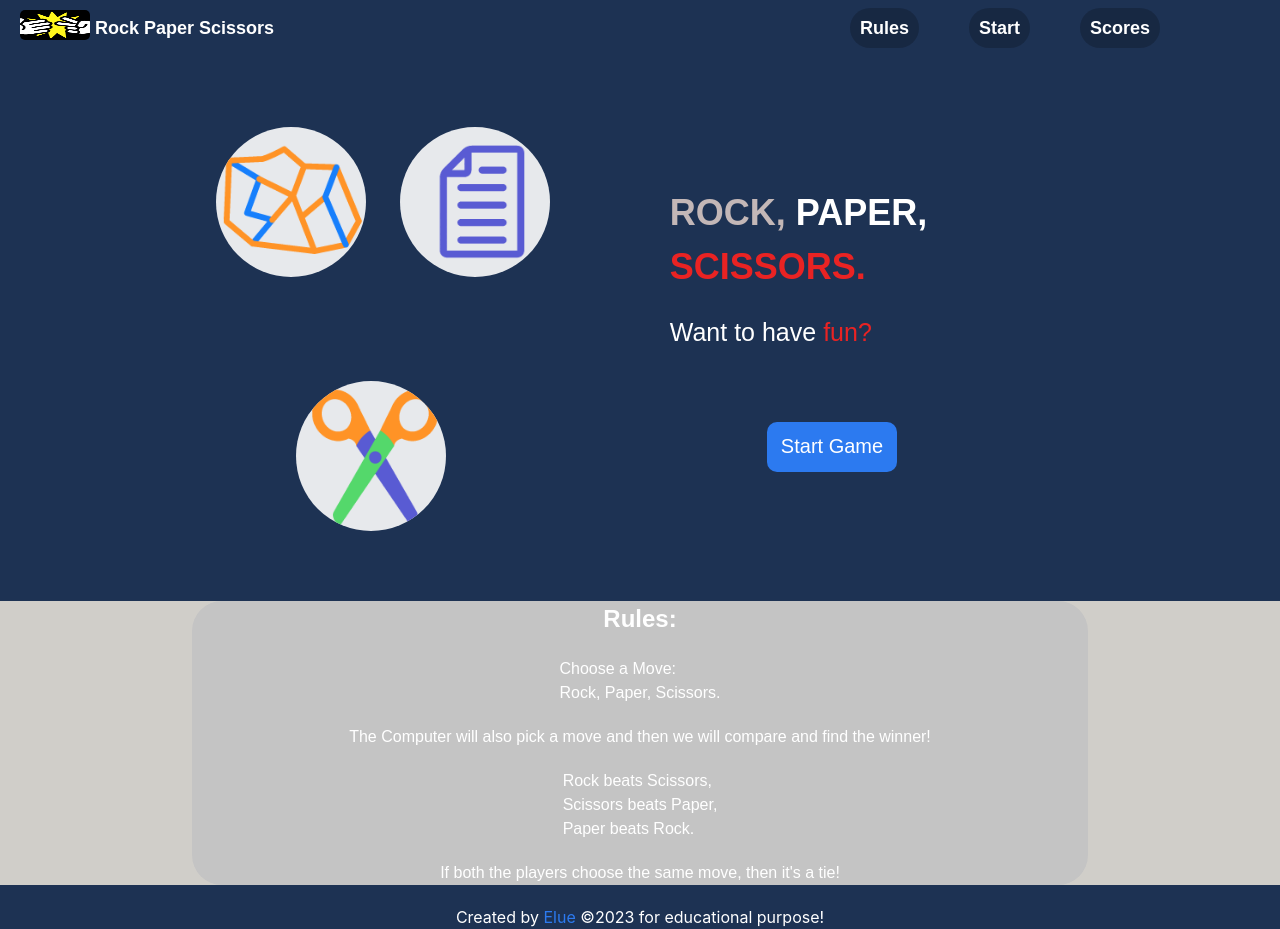
Repository: MikkyPrestige/rock-paper-scissors
Page: index.html
These files come from the project's save history. The page is drawn as it stood at one moment and after the next save; the edit follows.
The browser window is 1280 px wide. The pictures show the whole page.

Above is the page before, as saved 2023-05-08 05:38:27.

After the next save:
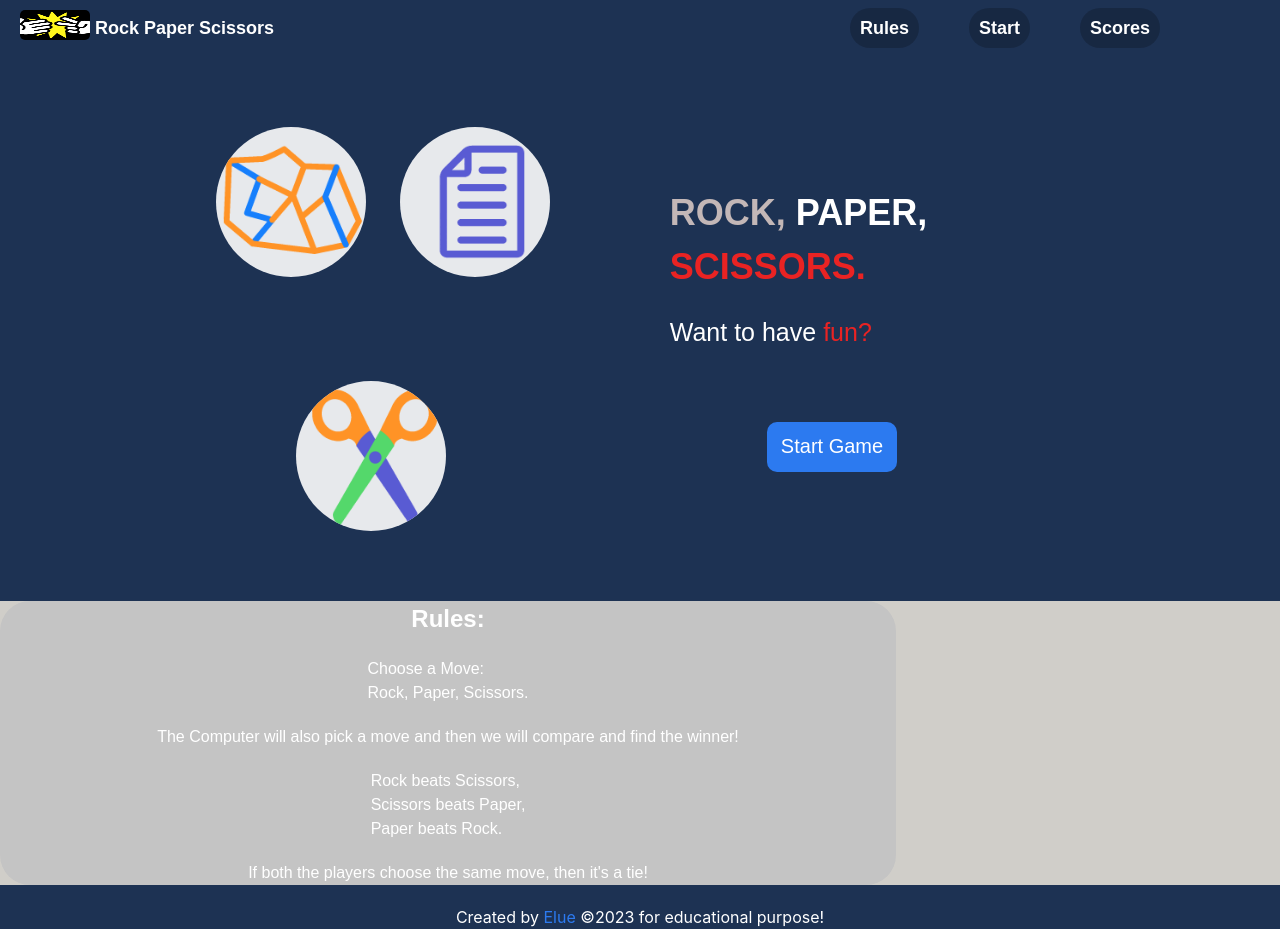
Saved 26 s later.
--- a/index.css
+++ b/index.css
@@ -193,11 +193,6 @@ li a:hover {
 }
 
 .rule {
-  display: flex;
-  flex-direction: column;
-  justify-content: center;
-  align-items: center;
-  gap: 2rem;
   width: 100%;
   height: 100%;
   background: #D0CEC9;

After the 2 saves that followed:
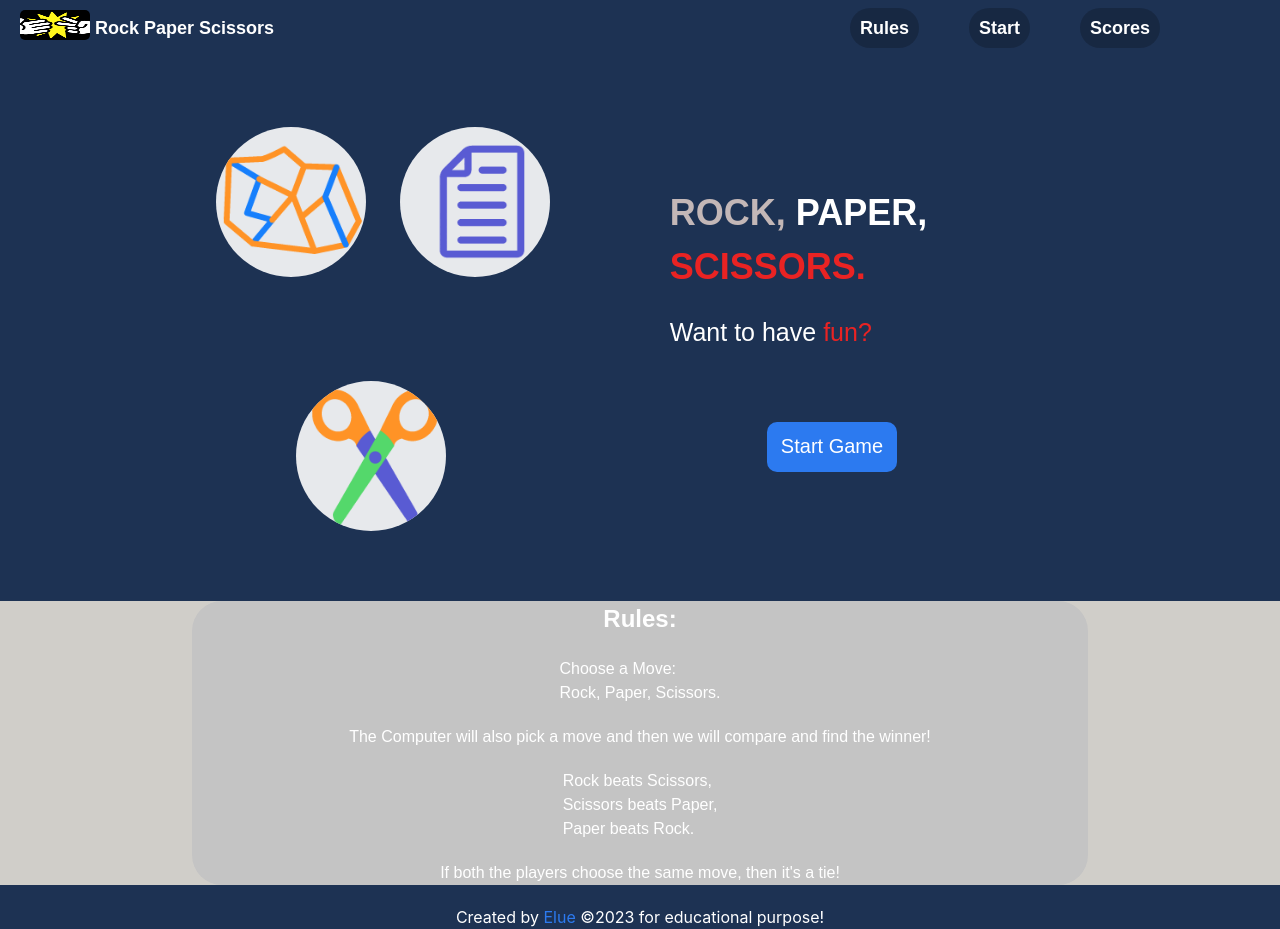
The 2 saves are shown as one change because 1 left the picture as it was.
The last was saved 38 s later.
--- a/index.css
+++ b/index.css
@@ -212,6 +212,7 @@ li a:hover {
   -moz-border-radius: 3rem;
   -ms-border-radius: 3rem;
   -o-border-radius: 3rem;
+  margin: 0 auto;
 }
 footer {
   margin: 0 auto;
